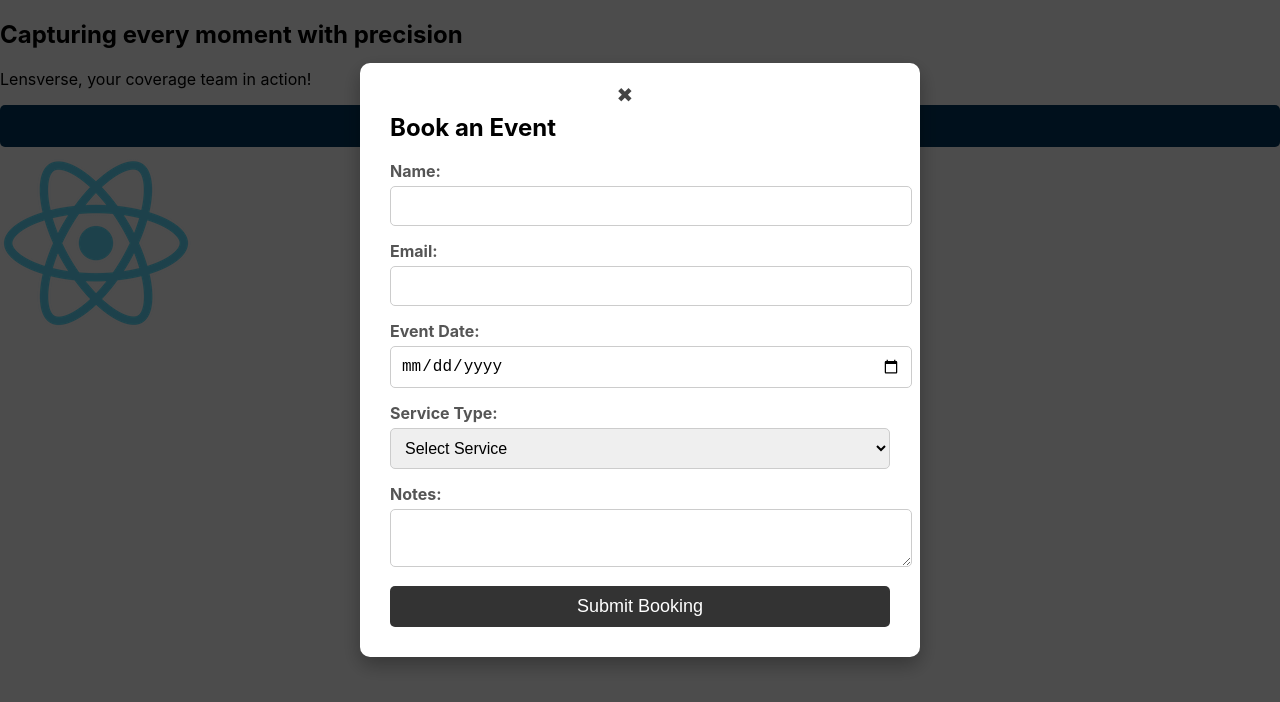
Repository: adithyakiran47/lensverse-frontend
Page: / (app in frontend/), after clicking the first element matching `button`
An editor plug-in stored every save of this project. The page is shown before and after the next save, followed by the edit.
The browser window is 1280 px wide. The pictures show the whole page.
The project was rebuilt for these pictures with package versions that can differ from the ones it lists, and the page was loaded fresh each time.

Above is the page before, as saved 2025-06-18 21:23:29.

### frontend/src/App.js
import React, { useState } from 'react';
import './App.css';
import Banner from './components/Banner';
import BookingForm from './components/BookingForm';

function App() {
  const [showForm, setShowForm] = useState(false);

  return (
    <>
      <Banner onBookClick={() => setShowForm(true)} />

      {showForm && (
        <div className="popup-backdrop">
          <div className="popup-form">
            <button className="close-btn" onClick={() => setShowForm(false)}>✖</button>
            <BookingForm onSuccess={() => setShowForm(false)} />
          </div>
        </div>
      )}
    </>
  );
}

export default App;

### frontend/src/App.css
.App {
  text-align: center;
}

.App-logo {
  height: 40vmin;
  pointer-events: none;
}

@media (prefers-reduced-motion: no-preference) {
  .App-logo {
    animation: App-logo-spin infinite 20s linear;
  }
}

.App-header {
  background-color: #282c34;
  min-height: 100vh;
  display: flex;
  flex-direction: column;
  align-items: center;
  justify-content: center;
  font-size: calc(10px + 2vmin);
  color: white;
}

.App-link {
  color: #61dafb;
}

@keyframes App-logo-spin {
  from {
    transform: rotate(0deg);
  }
  to {
    transform: rotate(360deg);
  }
}
.popup-backdrop {
  position: fixed;
  top: 0;
  left: 0;
  width: 100%;
  height: 100%;
  background-color: rgba(0, 0, 0, 0.7);
  z-index: 999;
  display: flex;
  justify-content: center;
  align-items: center;
}

.popup-form {
  background-color: white;
  padding: 30px;
  border-radius: 10px;
  width: 500px;
  position: relative;
  box-shadow: 0 8px 20px rgba(0, 0, 0, 0.3);
}

.close-btn {
  position: absolute;
  top: 10px;
  right: 15px;
  background: none;
  border: none;
  font-size: 20px;
  color: #444;
  cursor: pointer;
}

.popup-backdrop {
  position: fixed;
  top: 0;
  left: 0;
  height: 100%;
  width: 100%;
  background: rgba(0, 0, 0, 0.7);
  display: flex;
  align-items: center;
  justify-content: center;
  z-index: 999;
}

.popup-form {
  background: white;
  padding: 30px;
  border-radius: 10px;
  width: 500px;
  position: relative;
  box-shadow: 0 8px 20px rgba(0, 0, 0, 0.3);
}

.close-btn {
  position: absolute;
  top: 10px;
  right: 15px;
  background: none;
  border: none;
  font-size: 20px;
  cursor: pointer;
}
.popup-backdrop {
  position: fixed;
  top: 0;
  left: 0;
  height: 100%;
  width: 100%;
  background: rgba(0, 0, 0, 0.7);
  display: flex;
  align-items: center;
  justify-content: center;
  z-index: 999;
}

.popup-form {
  background: white;
  padding: 30px;
  border-radius: 10px;
  width: 500px;
  position: relative;
  box-shadow: 0 8px 20px rgba(0, 0, 0, 0.3);
}

.close-btn {
  position: absolute;
  top: 10px;
  right: 15px;
  background: none;
  border: none;
  font-size: 20px;
  cursor: pointer;
}

### frontend/src/components/Banner.js
import React from 'react';
import './Banner.css';

const Banner = ({ onBookClick }) => {
  return (
    <div id="banner">
      <div className="container">
        <div className="banner-wrapper">
          <div className="banner-left">
            <h2>Capturing every moment with precision</h2>
            <p>Lensverse, your coverage team in action!</p>
            <div className="from">
              <button onClick={onBookClick}>BOOK</button>
            </div>
          </div>
          <div className="banner-right">
            <img src="/logo192.png" alt="Lensverse Banner" />
          </div>
        </div>
      </div>
    </div>
  );
};

export default Banner;

### frontend/src/components/BookingForm.js
import React, { useState } from 'react';
import axios from 'axios';
import './BookingForm.css';

const BookingForm = ({ onSuccess }) => {
  const [form, setForm] = useState({
    name: '',
    email: '',
    eventDate: '',
    service: '',
    notes: '',
  });

  const handleChange = (e) => {
    setForm({ ...form, [e.target.name]: e.target.value });
  };

  const handleSubmit = async (e) => {
    e.preventDefault();
    try {
      await axios.post('http://localhost:5000/api/bookings', form);
      alert('✅ Booking Confirmed!');
      setForm({ name: '', email: '', eventDate: '', service: '', notes: '' });
      if (onSuccess) onSuccess(); // Close popup
    } catch (err) {
      alert('❌ Booking failed. Try again.');
      console.error(err);
    }
  };

  return (
    <form onSubmit={handleSubmit}>
      <h2>Book an Event</h2>
      <div className="form-group">
        <label>Name:</label>
        <input name="name" value={form.name} onChange={handleChange} required />
      </div>
      <div className="form-group">
        <label>Email:</label>
        <input name="email" type="email" value={form.email} onChange={handleChange} required />
      </div>
      <div className="form-group">
        <label>Event Date:</label>
        <input name="eventDate" type="date" value={form.eventDate} onChange={handleChange} required />
      </div>
      <div className="form-group">
        <label>Service Type:</label>
        <select name="service" value={form.service} onChange={handleChange} required>
          <option value="">Select Service</option>
          <option value="Drone">Drone</option>
          <option value="Camera">Camera</option>
          <option value="Editing">Editing</option>
          <option value="Marketing">Marketing</option>
        </select>
      </div>
      <div className="form-group">
        <label>Notes:</label>
        <textarea name="notes" value={form.notes} onChange={handleChange} />
      </div>
      <button type="submit">Submit Booking</button>
    </form>
  );
};

export default BookingForm;

### frontend/src/components/Banner.css
.from button {
  background-color: rgb(0, 55, 94);
  color: white;
  font-size: 16px;
  padding: 12px 24px;
  border: none;
  border-radius: 5px;
  cursor: pointer;
}

.from button:hover {
  background-color: rgb(0, 75, 120);
}

### frontend/src/components/BookingForm.css
.form-container {
  background-color: white;
  padding: 20px;
  border-radius: 10px;
  box-shadow: 0 4px 10px rgba(0, 0, 0, 0.1);
  max-width: 500px;
  margin: 40px auto;
}

h1 {
  text-align: center;
  margin-bottom: 20px;
  color: #333;
}

.form-group {
  margin-bottom: 15px;
}

label {
  display: block;
  font-weight: bold;
  margin-bottom: 5px;
  color: #555;
}

input, select, textarea {
  width: 100%;
  padding: 10px;
  border: 1px solid #ccc;
  border-radius: 5px;
  font-size: 16px;
}

textarea {
  resize: vertical;
}

button {
  width: 100%;
  padding: 10px;
  background-color: #333;
  color: white;
  font-size: 18px;
  border: none;
  border-radius: 5px;
  cursor: pointer;
  transition: background-color 0.3s ease;
}

button:hover {
  background-color: #555;
}

Loaded but not shown: frontend/public/index.html (common file); frontend/src/index.js (common file); frontend/src/index.css (common file); frontend/src/reportWebVitals.js (common file)

After the next save:
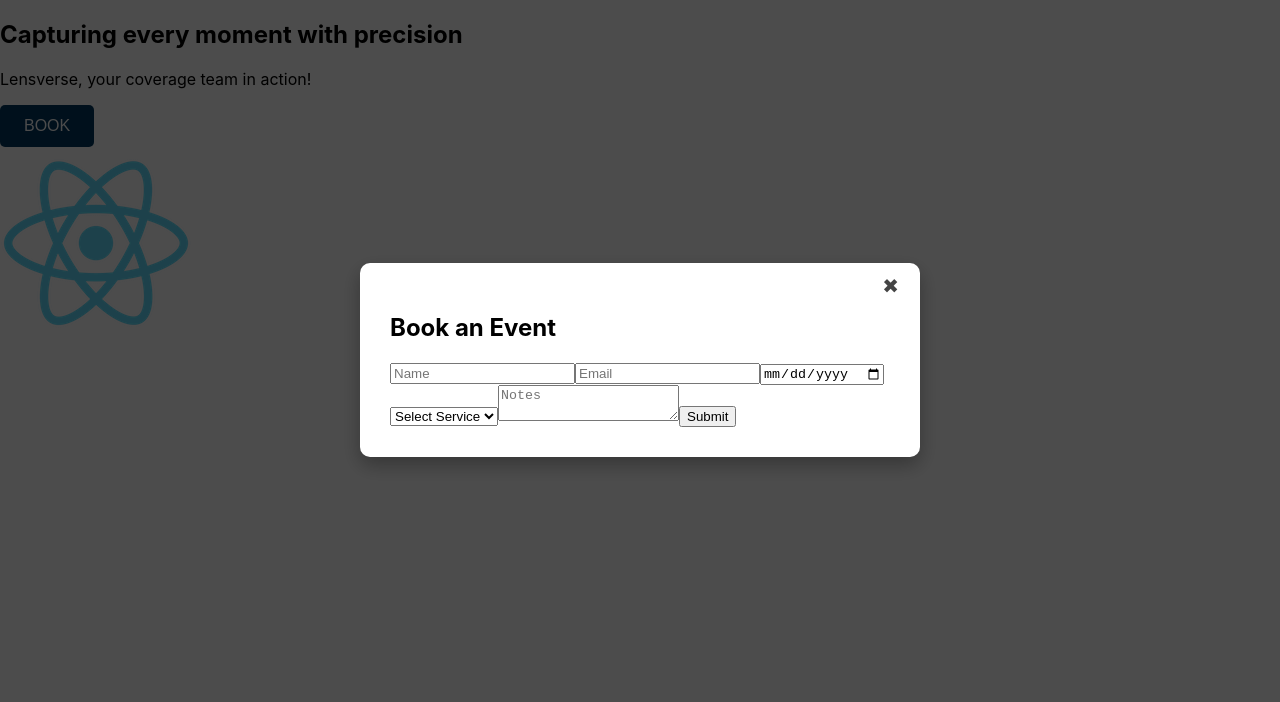
Saved 21 min 8 s later.
--- a/frontend/src/components/BookingForm.js
+++ b/frontend/src/components/BookingForm.js
@@ -1,6 +1,5 @@
 import React, { useState } from 'react';
 import axios from 'axios';
-import './BookingForm.css';
 
 const BookingForm = ({ onSuccess }) => {
   const [form, setForm] = useState({
@@ -19,45 +18,28 @@
     e.preventDefault();
     try {
       await axios.post('http://localhost:5000/api/bookings', form);
-      alert('✅ Booking Confirmed!');
-      setForm({ name: '', email: '', eventDate: '', service: '', notes: '' });
-      if (onSuccess) onSuccess(); // Close popup
+      alert('Booking Confirmed!');
+      if (onSuccess) onSuccess();
     } catch (err) {
-      alert('❌ Booking failed. Try again.');
-      console.error(err);
+      alert('Booking failed');
     }
   };
 
   return (
     <form onSubmit={handleSubmit}>
       <h2>Book an Event</h2>
-      <div className="form-group">
-        <label>Name:</label>
-        <input name="name" value={form.name} onChange={handleChange} required />
-      </div>
-      <div className="form-group">
-        <label>Email:</label>
-        <input name="email" type="email" value={form.email} onChange={handleChange} required />
-      </div>
-      <div className="form-group">
-        <label>Event Date:</label>
-        <input name="eventDate" type="date" value={form.eventDate} onChange={handleChange} required />
-      </div>
-      <div className="form-group">
-        <label>Service Type:</label>
-        <select name="service" value={form.service} onChange={handleChange} required>
-          <option value="">Select Service</option>
-          <option value="Drone">Drone</option>
-          <option value="Camera">Camera</option>
-          <option value="Editing">Editing</option>
-          <option value="Marketing">Marketing</option>
-        </select>
-      </div>
-      <div className="form-group">
-        <label>Notes:</label>
-        <textarea name="notes" value={form.notes} onChange={handleChange} />
-      </div>
-      <button type="submit">Submit Booking</button>
+      <input name="name" placeholder="Name" onChange={handleChange} required />
+      <input name="email" placeholder="Email" onChange={handleChange} required />
+      <input name="eventDate" type="date" onChange={handleChange} required />
+      <select name="service" onChange={handleChange} required>
+        <option value="">Select Service</option>
+        <option value="Drone">Drone</option>
+        <option value="Camera">Camera</option>
+        <option value="Editing">Editing</option>
+        <option value="Marketing">Marketing</option>
+      </select>
+      <textarea name="notes" placeholder="Notes" onChange={handleChange}></textarea>
+      <button type="submit">Submit</button>
     </form>
   );
 };
